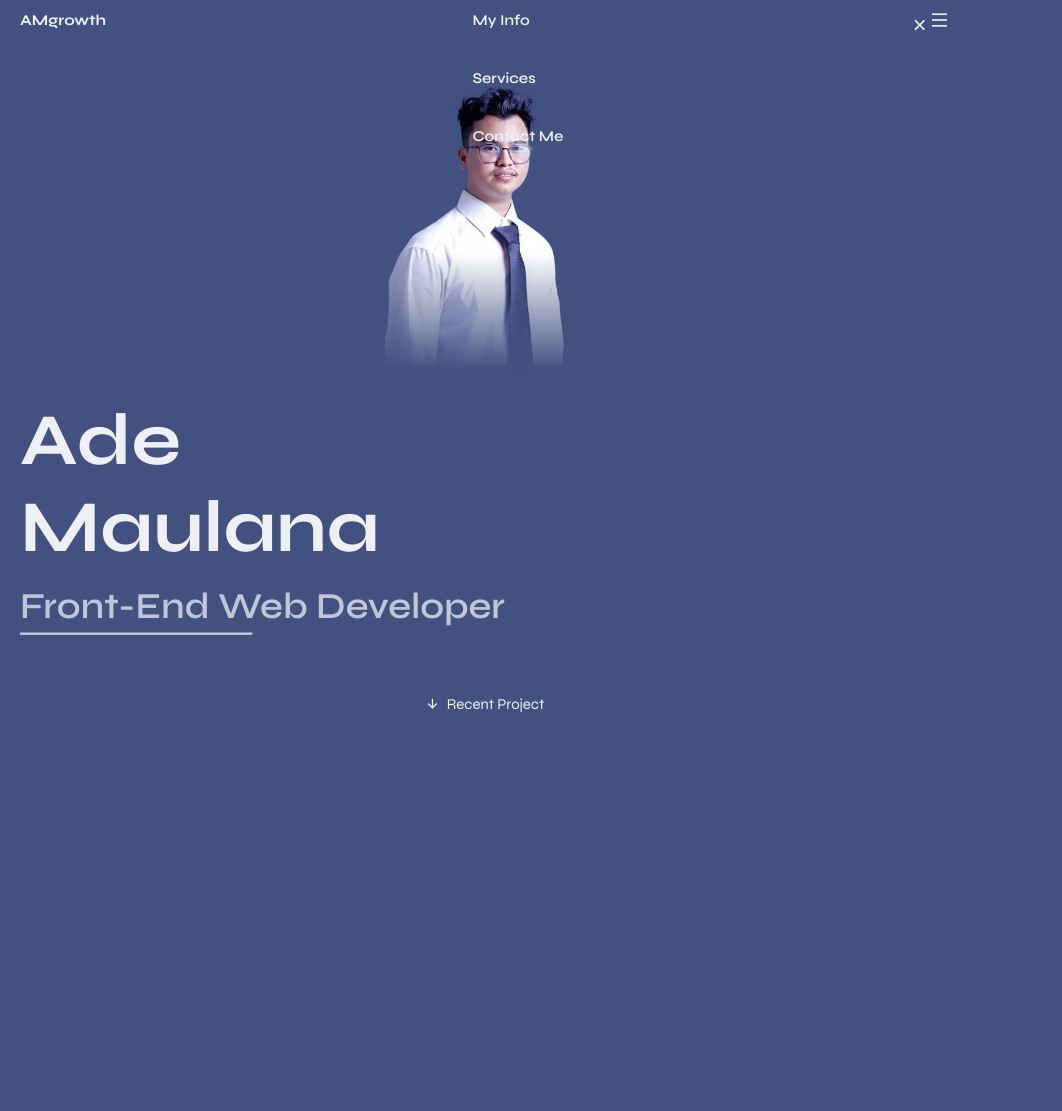
Repository: Ademaulana100499/portofolio
Page: index.html
An editor plug-in stored every save of this project. The page is shown before and after the next save, followed by the edit.
The browser window is 1280 px wide. The pictures show the whole page, at 83% of full size.
Some web fonts or font styles are not loaded; a fallback is used.

Above is the page before, as saved 2024-11-28 17:36:30.

After the next save:
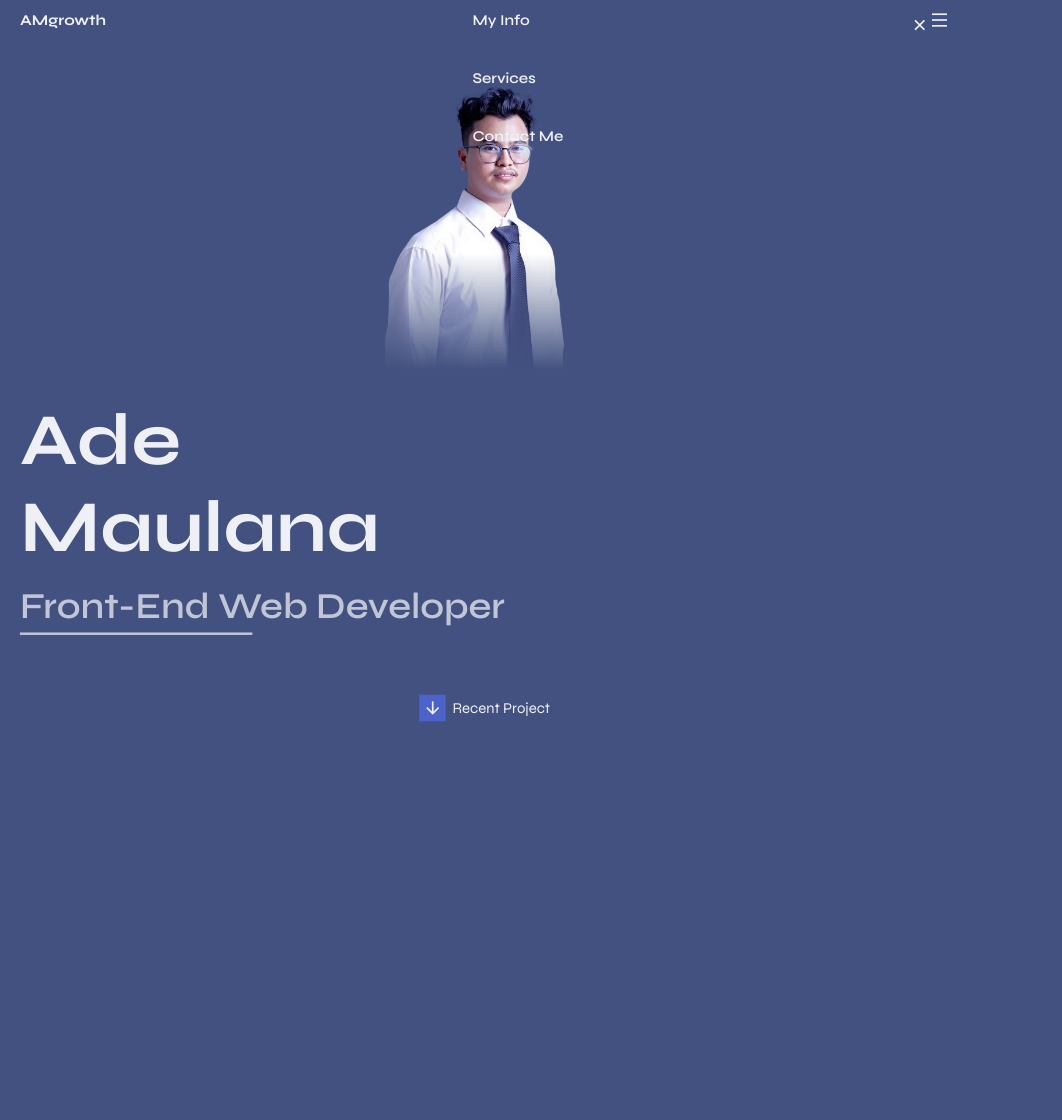
Saved 101 s later.
--- a/assets/css/style.css
+++ b/assets/css/style.css
@@ -250,3 +250,12 @@ main {
   justify-self: center;
   margin-top: 3rem;
 }
+.home__scroll-box {
+  background-color: var(--first-color);
+  width: 32px;
+  height: 32px;
+  display: grid;
+  place-items: center;
+  font-size: 1.5rem;
+  overflow: hidden;
+}
